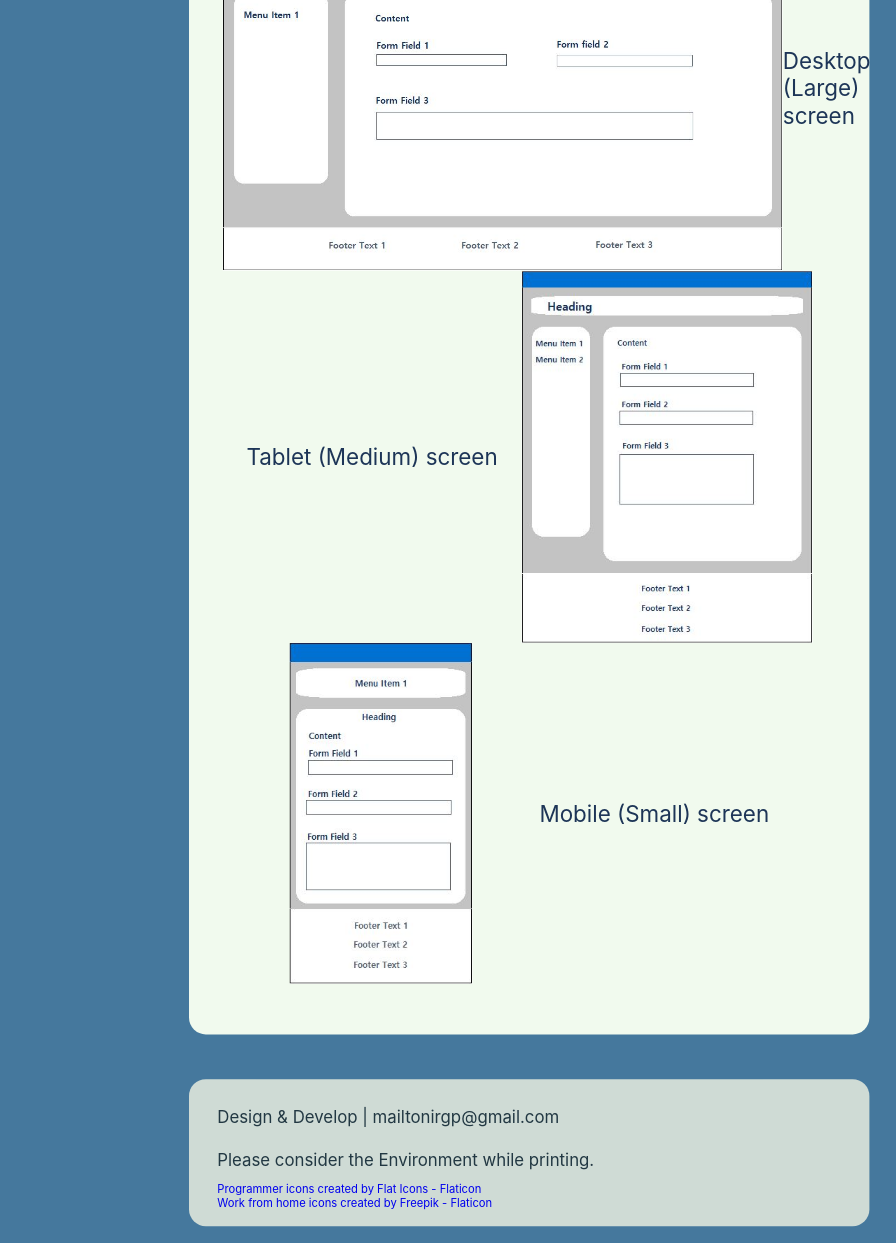
Repository: niranjangp/portfolioReact
Page: /cs-one
An editor plug-in stored every save of this project. The page is shown before and after the next save, followed by the edit.
The browser window is 1280 px wide. The pictures show the part of the page from y = 1234 to 3154 px (the page is 3010 px tall before and 3154 px after), at 70% of full size.
The project was rebuilt for these pictures with package versions that can differ from the ones it lists, and the page was loaded fresh each time. Also part of the build but not shown: src/pages/enterDesign.jsx, src/pages/notFound.jsx.

Above is the page before, as saved 2022-02-01 04:24:24.

### public/index.html
<!DOCTYPE html>
<html lang="en">
  <head>
    <meta charset="utf-8" />
    <!--<link rel="icon" href="%PUBLIC_URL%/favicon.ico" />-->
    <meta name="viewport" content="width=device-width, initial-scale=1" />
    <meta name="theme-color" content="#000000" />
    <meta
      name="description"
      content="Web site created using create-react-app"
    />
    <!--<link rel="apple-touch-icon" href="%PUBLIC_URL%/logo192.png" />-->
    <!--
      manifest.json provides metadata used when your web app is installed on a
      user's mobile device or desktop. See https://developers.google.com/web/fundamentals/web-app-manifest/
    -->
    <link rel="manifest" href="%PUBLIC_URL%/manifest.json" />
    <!--
      Notice the use of %PUBLIC_URL% in the tags above.
      It will be replaced with the URL of the `public` folder during the build.
      Only files inside the `public` folder can be referenced from the HTML.

      Unlike "/favicon.ico" or "favicon.ico", "%PUBLIC_URL%/favicon.ico" will
      work correctly both with client-side routing and a non-root public URL.
      Learn how to configure a non-root public URL by running `npm run build`.
    -->
    <title>Portfolio</title>
  </head>
  <body>
    <noscript>You need to enable JavaScript to run this app.</noscript>
    <div id="root"></div>
    <!--
      This HTML file is a template.
      If you open it directly in the browser, you will see an empty page.

      You can add webfonts, meta tags, or analytics to this file.
      The build step will place the bundled scripts into the <body> tag.

      To begin the development, run `npm start` or `yarn start`.
      To create a production bundle, use `npm run build` or `yarn build`.
    -->
  </body>
</html>

### src/index.css
body {
  margin: 0;
  font-family: -apple-system, BlinkMacSystemFont, 'Segoe UI', 'Roboto', 'Oxygen',
    'Ubuntu', 'Cantarell', 'Fira Sans', 'Droid Sans', 'Helvetica Neue',
    sans-serif;
  -webkit-font-smoothing: antialiased;
  -moz-osx-font-smoothing: grayscale;
  box-sizing: border-box;
}

code {
  font-family: source-code-pro, Menlo, Monaco, Consolas, 'Courier New',
    monospace;
}

p {
  margin: 0;
}

### src/App.js
import './App.css';

import { Route, NavLink, Switch, Redirect } from 'react-router-dom';
import EnterTheDesign from './pages/enterDesign';
import CSOne from './pages/csOne';
import NotFound from './pages/notFound';

function App() {
  const flatIconLink = "https://www.flaticon.com/free-icons/programmer";
  const wfhIconLink = "https://www.flaticon.com/free-icons/work-from-home";


  return (
    <div className='App'>
      <div className="containerOne">
        <nav className='navigation'>
          <div className='navDiv'>
            <NavLink activeClassName="nav-link active" className="nav-link" to="/enter-the-design">Take me Home!</NavLink>
          </div>
          <div className='navDiv'>
            <NavLink activeClassName="nav-link active" className="nav-link" to="/cs-one">Case Study 1</NavLink>
          </div>
          <div className='navDiv'>
            <NavLink activeClassName="nav-link active" className="nav-link" to="/cs-two">Case t'w'o Study</NavLink>
          </div>
          <div className='navDiv'>
            <NavLink activeClassName="nav-link active" className="nav-link" to="/cs-three">Case Study the third</NavLink>
          </div>
          <div className='navDiv'>
            <NavLink activeClassName="nav-link active" className="nav-link" to="/cs-three">Case Study IV</NavLink>
          </div>
        </nav>
        <main className='mainOne'>
          <Switch>
            <Route exact path="/" ><Redirect to="/enter-the-design" /></Route>
            <Route path="/enter-the-design" ><EnterTheDesign /></Route>
            <Route exact path="/cs-one" ><CSOne /></Route>

            <Route path="*"><NotFound /></Route>
          </Switch>
          {/*<div className='firstRow'>
            <div className="width-60">
              <p className='fr-info'>NIRANJAN G P, IS A UI DEVELOPER AT DELOITTE USI</p>
            </div>
            <div className="width-40 img-block">
              <img src={avatarIcon} alt="avatar-icon" className='avtr-img' />
            </div>
          </div>
          <div className='sec-row'>
            <p>Hi, this is Niranjan.</p>
            <p>I Joined Deloitte USI as a campus recruit. Since then I've been part of many innovative and high-intensity projects, coordinating between multiple virtual teams to help complete client deliverables.</p>
            <p>I've been part of the FRONT-END community since 2017 and constantly learning and developing UI and gradually having a go at UX design parallely.</p>
            <p>Currently based in Bengaluru, I have a big love for travel and adventure, also keeping in mind to do my bit to conserve the environment.</p>
            <p>Thanks for stopping by.</p>
          </div>*/}

        </main>
        <footer>
          <div className='footer-info'>
            {/*<p>Niranjan G P</p>*/}
            <p>Design & Develop    |   mailtonirgp@gmail.com</p>
            <p>Please consider the Environment while printing.</p>
          </div>
          <div className='credits'>
            <a href={flatIconLink} title="programmer icons">Programmer icons created by Flat Icons - Flaticon</a>
            <a href={wfhIconLink} title="work from home icons">Work from home icons created by Freepik - Flaticon</a>
          </div>
        </footer>
      </div>

    </div>
  );
}

export default App;

### src/App.css
.containerOne {
  background-color: #45789d;
  padding: 24px;
  position: relative;
}

.mainOne {
  width: 75%;
  margin-left: 20%;
  background-color: #F1FAEE;
  height: 100%;
  border-radius: 1.5rem;
  padding:24px;
}

.navigation {
  position: absolute;
  top: 24px;
  left: 24px;
  width: 15%;
  height: 660px;
  background-color: #F1FAEE;
  border-radius: 1.5rem;
  padding: 64px 24px 24px;
}

.navDiv {
  padding: 16px 0;
  text-align: center;
}

.nav-link {
  font-size: 24px;
  text-decoration: none;
  color: #1d3557;
}

.nav-link.active {
  color: #2a9d8f;
  font-weight: bold;
  border-bottom: 4px solid #2a9d8f;
}

.fr-info {
  font-size: 3rem;
  font-family:'Gill Sans', 'Gill Sans MT', Calibri, 'Trebuchet MS', sans-serif;
  padding: 24px 24px 24px 48px;
  color: #1d3557;
}

.firstRow {
  display: flex;
  align-items: center;
  padding: 64px 0;
}

.width-60 {
  width: 60%;
}

.width-40 {
  width: 40%;
}

.fullWidth {
  width: 100%;
}

.img-block {
  text-align: center;
}

.sec-row {
  background-color: #1d3557;
  color: #f1faee;
  border-radius: 0.75rem;
  padding: 64px;
  font-family: 'Lucida Sans', 'Lucida Sans Regular', 'Lucida Grande', 'Lucida Sans Unicode', Geneva, Verdana, sans-serif;
  font-size: 28px;
  text-align: justify;
}

.sec-row p {
  padding: 16px;
}

.centered {
  margin: 3rem auto;
  text-align: center;
  display: flex;
  justify-content: center;
  align-items: center;
}

.linkSel {
  text-decoration: underline;
  font-weight: bold;
}

.third-row {
  display: flex;
  flex-wrap: wrap;
  padding: 96px 24px 0;
}

.card-box {
  width: 50%;
  text-align: center;
  height: 600px;
}

.card {
  width: 400px;
  height: 450px;
  background-color: #ffddd2;
  border-radius: 20px;
  box-shadow: 4px 4px 4px 4px rgba(0, 0, 0, 0.2);
  margin: 3rem auto;
  flex-grow: 1;
  flex-shrink: 1;
  transition: width 500ms ease 0s;
}

.card:hover {
  box-shadow: 4px 4px 4px 8px rgba(0, 0, 0, 0.2);
  width: 420px;
  height: 470px;
  cursor: pointer;
}

.card a {
  text-decoration: none;
}

.card p {
  font-size: 32px;
  padding: 24px;
  color: #1d3557;
  font-family: Verdana, Geneva, Tahoma, sans-serif;
}

.card-icon {
  width: 256px;
  margin-top: 40px;
}

.intro-cs {
  text-align: center;
  font-size: 40px;
  color: #1d3557;
  font-family:'Trebuchet MS', 'Lucida Sans Unicode', 'Lucida Grande', 'Lucida Sans', Arial, sans-serif;
}

footer {
  width: 75%;
  margin-left: 20%;
  background-color: #cfdbd5;
  height: 100%;
  border-radius: 1.5rem;
  padding:24px;
  margin-top: 64px;
  color: #223843;
}
.footer-info {
  font-size: 1.5rem;
}

.footer-info p {
  padding: 1rem;
}

.credits {
  padding-left: 16px;
}

.credits a {
  text-decoration: none;
  display: block;
}

.csOne {
  min-height: 660px;
  height: 100%;
  color: #1d3557;
}

.backLink {
  font-size: 28px;
  font-weight: bold;
  padding: 16px 16px 16px 24px;
}

.backLink a {
  text-decoration: none;
  color: #1d3557;

}

.csOneHeader {
  font-size: 40px;
  padding: 16px 16px 32px 24px;
}

.csOneBody {
  padding: 0 24px;
}

.csOneH {
  font-size: 32px;
  padding-bottom: 8px;
  border-bottom: 2px solid #1d3557;
  margin-bottom: 16px;
  display: inline-block;
}

.csOneC {
  font-size: 28px;
}

.pd-bt {
  padding-bottom: 48px;
}

.pd-bt-small {
  padding-bottom: 24px;
}

.clrp {
  width: 100px;
  height: 40px;
  border-top-right-radius: 20px;
  border-bottom-right-radius: 20px;
  margin-right: 24px;
}

.fir {
  background-color: #0070D2;
}

.sec {
  background-color: #16325C;
}

.thi {
  background-color: #526173;
}

.fou {
  font-family: sans-serif;
  padding-right: 24px;
}

.dp-flx {
  display: flex;
  margin: 16px 40px;
  align-items: center;
}

.flx-bx {
  display: flex;
  align-items: center;
  justify-content: space-evenly;
}

.flx-bx div {
  font-size: 32px;
}

.mrDesk {
    width: 800px;
}



/*.containerOne {
  background-color: #F1FAEE;
}
.mainOne {
  background-color: #a8dadc;
  width: 75%;
  margin-left: 20%;
  /-*background-color: #45789d;*-/
  height: 660px;
}

.p1 {
  color: #1d3557;
}
.p2 {
  color: #f1faee;
}*/

/*.App-logo {
  height: 40vmin;
  pointer-events: none;
}

@media (prefers-reduced-motion: no-preference) {
  .App-logo {
    animation: App-logo-spin infinite 20s linear;
  }
}

.App-header {
  background-color: #282c34;
  min-height: 100vh;
  display: flex;
  flex-direction: column;
  align-items: center;
  justify-content: center;
  font-size: calc(10px + 2vmin);
  color: white;
}

.App-link {
  color: #61dafb;
}*/

@keyframes App-logo-spin {
  from {
    transform: rotate(0deg);
  }
  to {
    transform: rotate(360deg);
  }
}

### src/pages/csOne.jsx
import React from 'react';
import { Link } from 'react-router-dom';
import MrDesk from '../assets/mrDesk.JPG';
import MrTab from '../assets/mrTab.JPG';
import MrMob from '../assets/mrMob.JPG';

const csOne = () => {
  return (
    <div className='csOne'>
      <div className="backLink"><Link to="/enter-the-design">{'< Back'}</Link></div>
      <div className='csOneHeader'>A Flow for a Mandated Reporter</div>
      <div className='csOneBody'>
        <div className="pd-bt">
          <p className="csOneH">The START -</p>
          <p className="csOneC">This design came out as the first opportunity in my design roadmap.</p>
          <p className="csOneC">The design required a very minimal approach and subtle design feature involving only 3-4 color tones and the common 'sans-serif' font type.</p>
        </div>
        <div className="pd-bt">
          <p className="csOneH">The FEATURES</p>
          <p className="csOneC">The webpage doesn't have fancy animations or transitions, but has a responsive web design supporting large, medium and small device screen sizes.</p>
          <p className="csOneC dp-flx"><p className='fir clrp'></p><span>{' : #0070d2'}</span></p>
          <p className="csOneC  dp-flx"><p className='sec clrp'></p><span>{' : #16325C'}</span></p>
          <p className="csOneC  dp-flx"><p className='thi clrp'></p><span>{' : #00437D'}</span></p>
          <p className="csOneC  dp-flx"><p className="fou">SANS_SERIF</p><p> - Font</p></p>
        </div>
        <div className="pd-bt">
          <p className="csOneH">The PRODUCT</p>
          <p className="csOneC pd-bt-small">Responsive design accomodating Desktop, Tablet and Mobile versions of the webpage.</p>
          <div className="flx-bx"><img src={MrDesk} alt="mr-screen" className='mrDesk' /><div>Desktop (Large) screen</div></div>
          <div className="flx-bx"><div>Tablet (Medium) screen</div><img src={MrTab} alt="mr-screen" className='mrTab' /></div>
          <div className="flx-bx"><img src={MrMob} alt="mr-screen" className='mrMob' /><div>Mobile (Small) screen</div></div>
        </div>
      </div>
    </div>
  )
};

export default csOne;

Loaded but not shown: src/index.js (common file); src/reportWebVitals.js (common file)

After the next save:
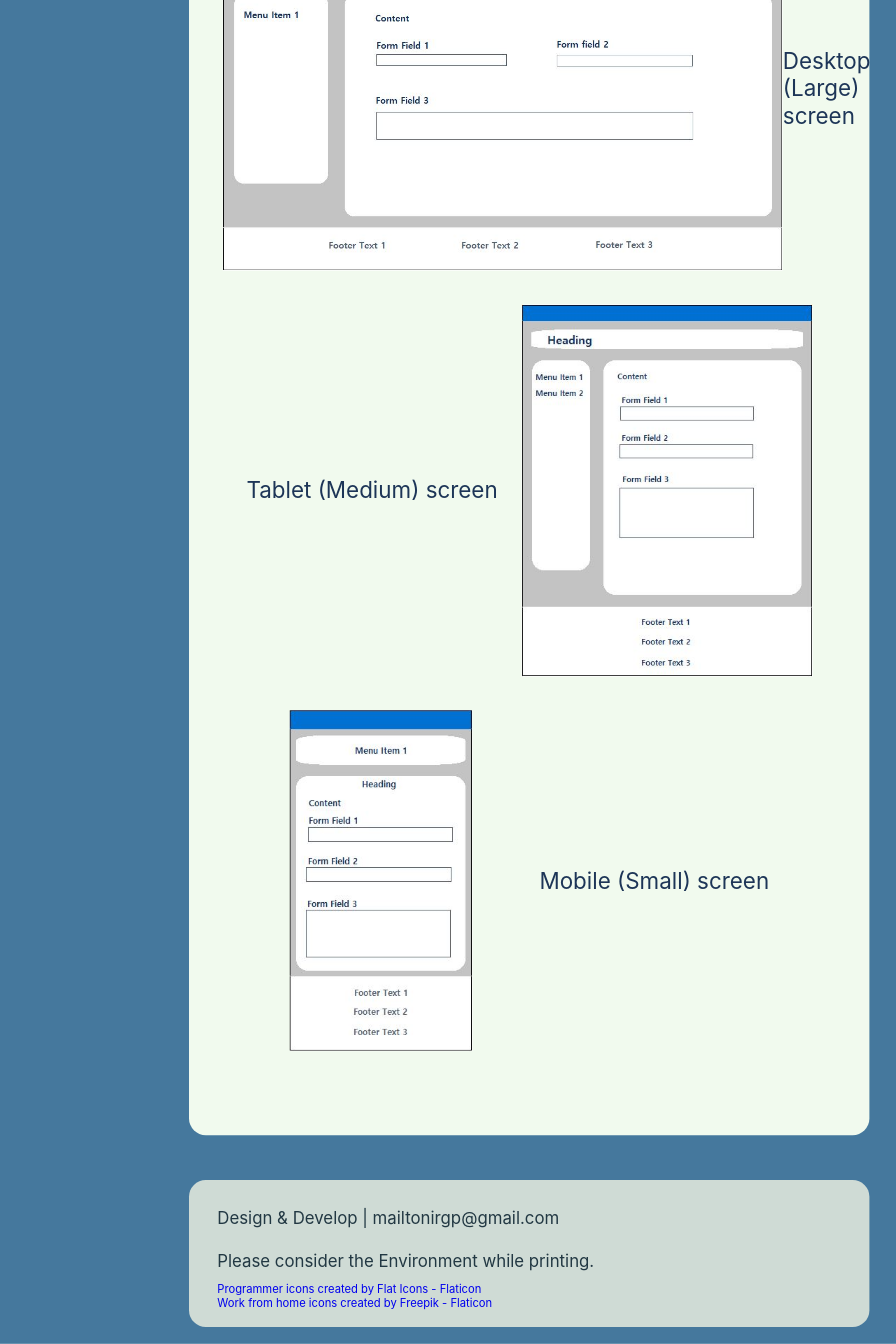
Saved 77 s later.
--- a/src/App.css
+++ b/src/App.css
@@ -260,6 +260,7 @@ footer {
   display: flex;
   align-items: center;
   justify-content: space-evenly;
+  margin-bottom: 48px;
 }
 
 .flx-bx div {
